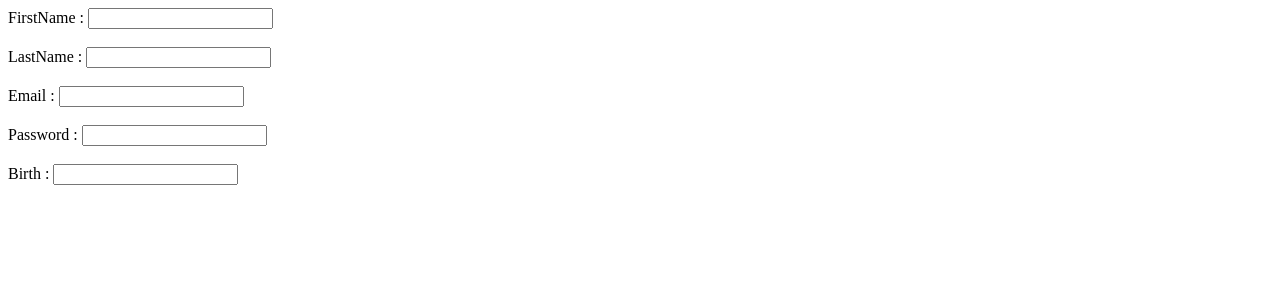
Repository: sunbeam-modular/IIT-08-B-Java
Page: http://localhost/demo02/newuser.jsp
These files come from the project's save history. The page is drawn as it stood at one moment and after the next save; the edit follows.
The browser window is 1280 px wide. The pictures show the whole page.
The page is served by Tomcat 9. Other server files are loaded and not shown.

Above is the page before, as saved 2025-12-25 09:03:35.

### Day09/codes/day4/demo02/src/main/webapp/newuser.jsp
<%@ page language="java" contentType="text/html; charset=UTF-8"
    pageEncoding="UTF-8"%>
<!DOCTYPE html>
<html>
<head>
<meta charset="UTF-8">
<title>Insert title here</title>
</head>
<body>
<form method = "post" action = "register.jsp">
FirstName : <input type = "text" name = "fname"/><br/><br/>
LastName : <input type = "text" name = "fname"/><br/><br/>
Email : <input type = "text" name = "fname"/><br/><br/>
Password : <input type = "text" name = "fname"/><br/><br/>
Birth : <input type = "text" name = "fname"/><br/><br/>
</form>
</body>
</html>

After the next save:
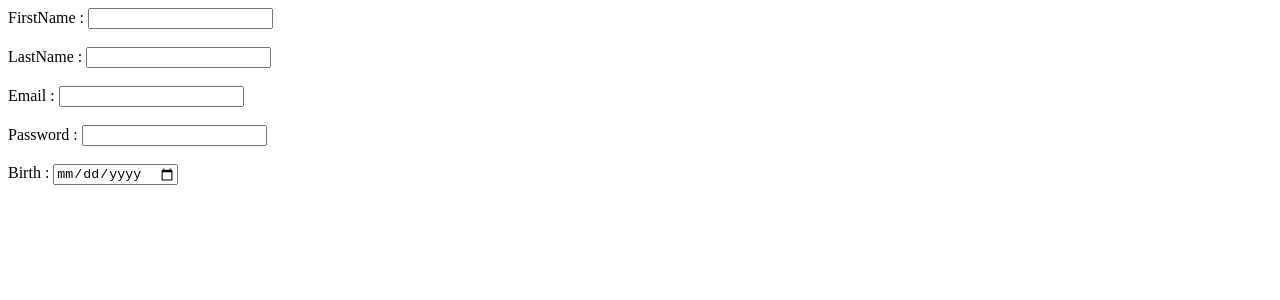
Saved 6 s later.
--- a/Day09/codes/day4/demo02/src/main/webapp/newuser.jsp
+++ b/Day09/codes/day4/demo02/src/main/webapp/newuser.jsp
@@ -11,8 +11,8 @@
 FirstName : <input type = "text" name = "fname"/><br/><br/>
 LastName : <input type = "text" name = "fname"/><br/><br/>
 Email : <input type = "text" name = "fname"/><br/><br/>
-Password : <input type = "text" name = "fname"/><br/><br/>
-Birth : <input type = "text" name = "fname"/><br/><br/>
+Password : <input type = "password" name = "fname"/><br/><br/>
+Birth : <input type = "date" name = "fname"/><br/><br/>
 </form>
 </body>
 </html>
